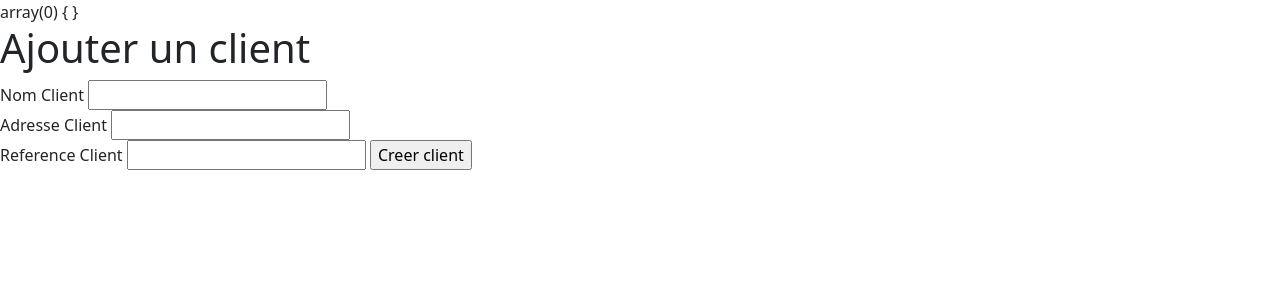
Repository: Elie-Dey/airblio
Page: http://localhost/test.php
The author's editor kept a copy of each file at every save. The page is drawn from the files as they stood at one save, then again after the next save.
The browser window is 1280 px wide. The pictures show the whole page.
The page is run by PHP 8.4 with error messages shown; the project is at /var/www/html/.

Above is the page before, as saved 2022-03-26 02:25:20.

### test.php
<?php

var_dump($_POST);
//Traitement formulaire

if(!empty($_POST)) {
  //Post pas vide, on verifie que toutes les données sont présentes

  if(
    isset($_POST["nom"], $_POST["adresse"], $_POST["reference"])
    && !empty($_POST["nom"]) && !empty($_POST["adresse"]) &&  !empty($_POST["reference"])
  ) {
    //formulaire complet


    //Sécurisation des données
     $nom = htmlspecialchars($_POST["nom"]);
     $adresse = htmlspecialchars($_POST["adresse"]);
     $reference = htmlspecialchars($_POST["reference"]);


     //On peut les enregistrer
     //Connexion à la base de données

     //Definition de constante d'environnement

      define("DBHOST", "localhost");
      define("DBUSER", "root");
      define("DBPASS", "");
      define("DBNAME", "test");

      //DSN de connexion

      $dsn = "mysql:dbname=".DBNAME.";host=".DBHOST;

      //On va se connecter à la base

      try{
        //On instancie PDO

          $db = new PDO($dsn, DBUSER, DBPASS);

          //On s'assure d'envoyer les données en utf8

          $db->exec("SET NAMES utf8");
      }catch(PDOException $e){
          die($e->getMessage());
      }

      //Ici on est connectés à la base
      //On peut recuperer les infos d'une table

      $sql = "SELECT * FROM 'client' ";

      //On execute directement la requette

      $requete = $db->query($sql);

      //On recupere les données (fetch ou fetchAll)

      $client = $requete->fetch();

  } else {
    die("Formulaire pas complet");
  }

}
?>
<!DOCTYPE html>
<html lang="en">
  <head>
    <meta charset="UTF-8" />
    <meta http-equiv="X-UA-Compatible" content="IE=edge" />
    <meta name="viewport" content="width=device-width, initial-scale=1.0" />
    <link
      href="https://cdn.jsdelivr.net/npm/bootstrap@5.1.3/dist/css/bootstrap.min.css"
      rel="stylesheet"
      integrity="sha384-1BmE4kWBq78iYhFldvKuhfTAU6auU8tT94WrHftjDbrCEXSU1oBoqyl2QvZ6jIW3"
      crossorigin="anonymous"
    />
    <title>Document</title>
  </head>
  <body>
    <h1>Ajouter un client</h1>
    <form action="" method="post">
      <label for="nom">Nom Client </label>
      <input type="text" name="nom" id="nom" /> <br />
      <label for="Adresse">Adresse Client</label>
      <input type="text" name="adresse" id="adresse" /> <br />
      <label for="reference">Reference Client</label>
      <input type="text" name="reference" id="reference" />
      <input type="submit" value="Creer client" />
    </form>
  </body>
</html>

After the next save:
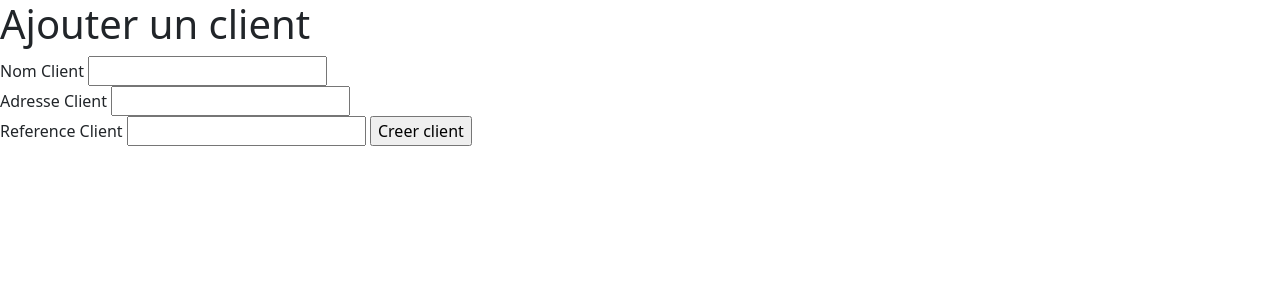
Saved 2 min 53 s later.
--- a/test.php
+++ b/test.php
@@ -1,6 +1,6 @@
 <?php
 
-var_dump($_POST);
+// var_dump($_POST);
 //Traitement formulaire
 
 if(!empty($_POST)) {
@@ -60,6 +60,8 @@
 
       $client = $requete->fetch();
 
+
+
   } else {
     die("Formulaire pas complet");
   }
